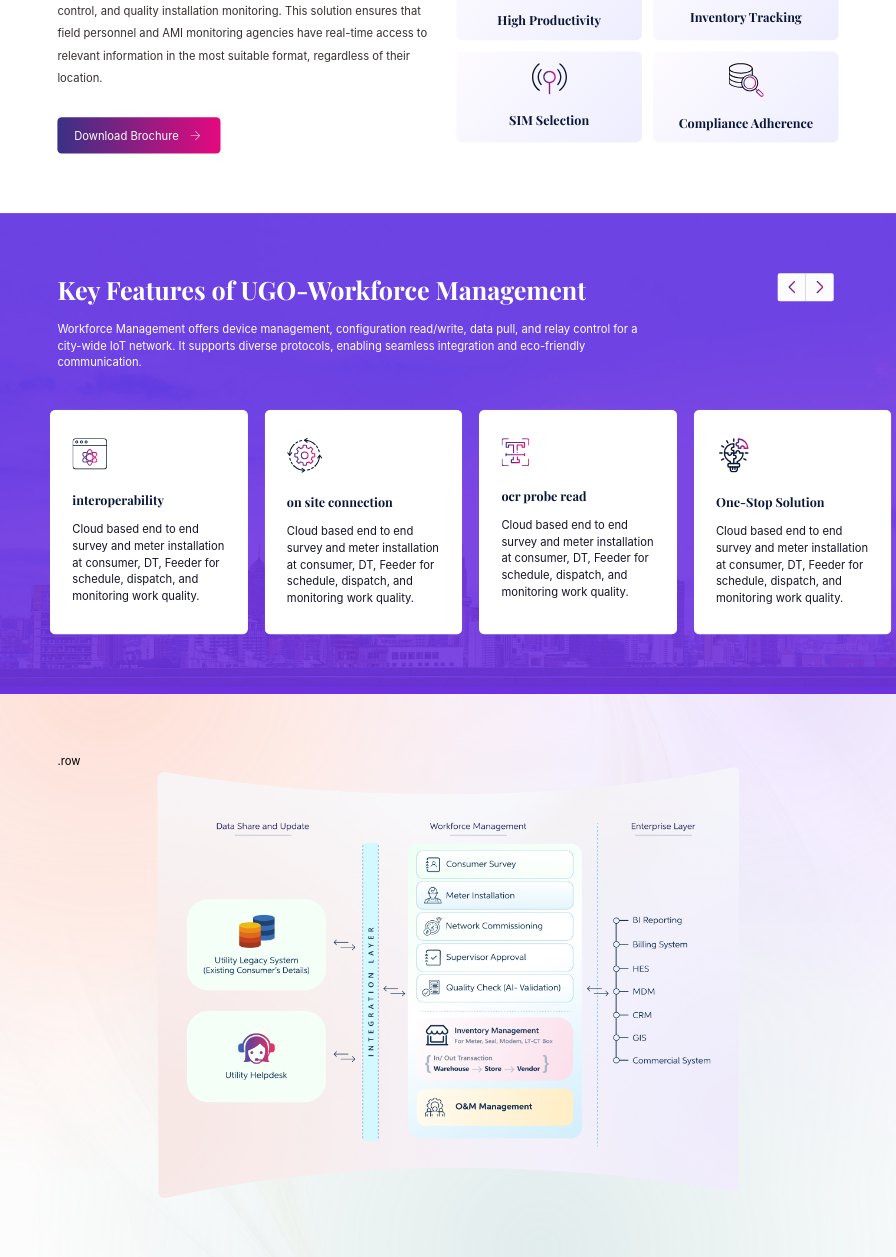
Repository: mangalravi/inventive
Page: WFM-Detail-Page.html
An editor plug-in stored every save of this project. The page is shown before and after a run of saves, followed by the edit.
The browser window is 1280 px wide. The pictures show the part of the page from y = 889 to 2809 px (the page is 2685 px tall before and 2809 px after), at 70% of full size.
Some web fonts or font styles are not loaded; a fallback is used. The style sheet was rebuilt from its Sass, Less or Tailwind sources for each picture, by a compiler version that may differ from the author's.

Above is the page before, as saved 2024-07-11 10:42:34.

After the next 4 saves:
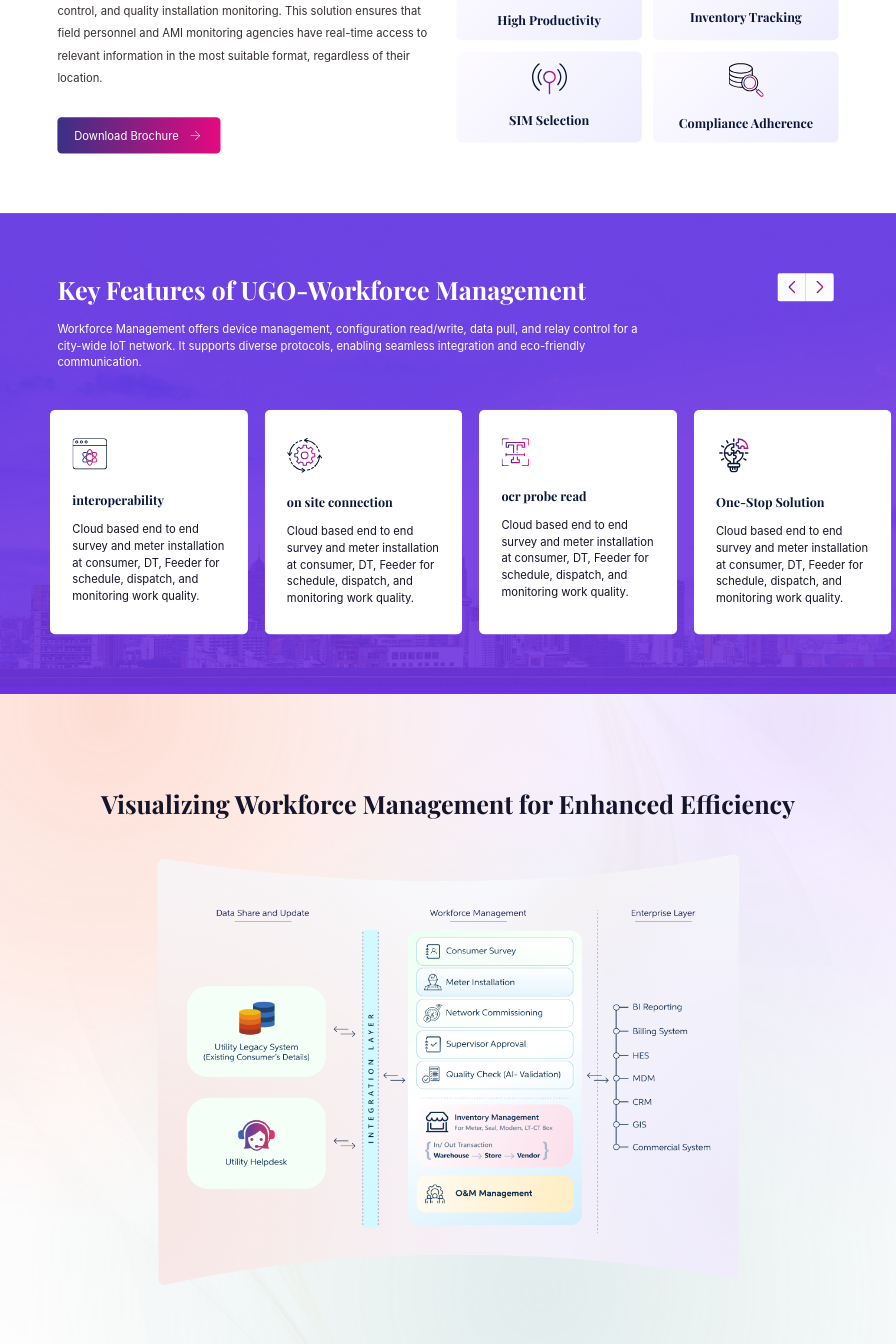
The 4 saves are shown as one change because they came seconds apart.
The last was saved 17 s later.
--- a/WFM-Detail-Page.html
+++ b/WFM-Detail-Page.html
@@ -483,7 +483,13 @@
 
     <section class="work-flow">
       <div class="container">
-        .row
+        <div class="row">
+          <div class="col-md-7">
+            <h4 class="sec-head">
+              Visualizing Workforce Management for Enhanced Efficiency
+            </h4>
+          </div>
+        </div>
         <div class="row justify-content-center">
           <div class="col-9">
             <div class="workflowimg">
